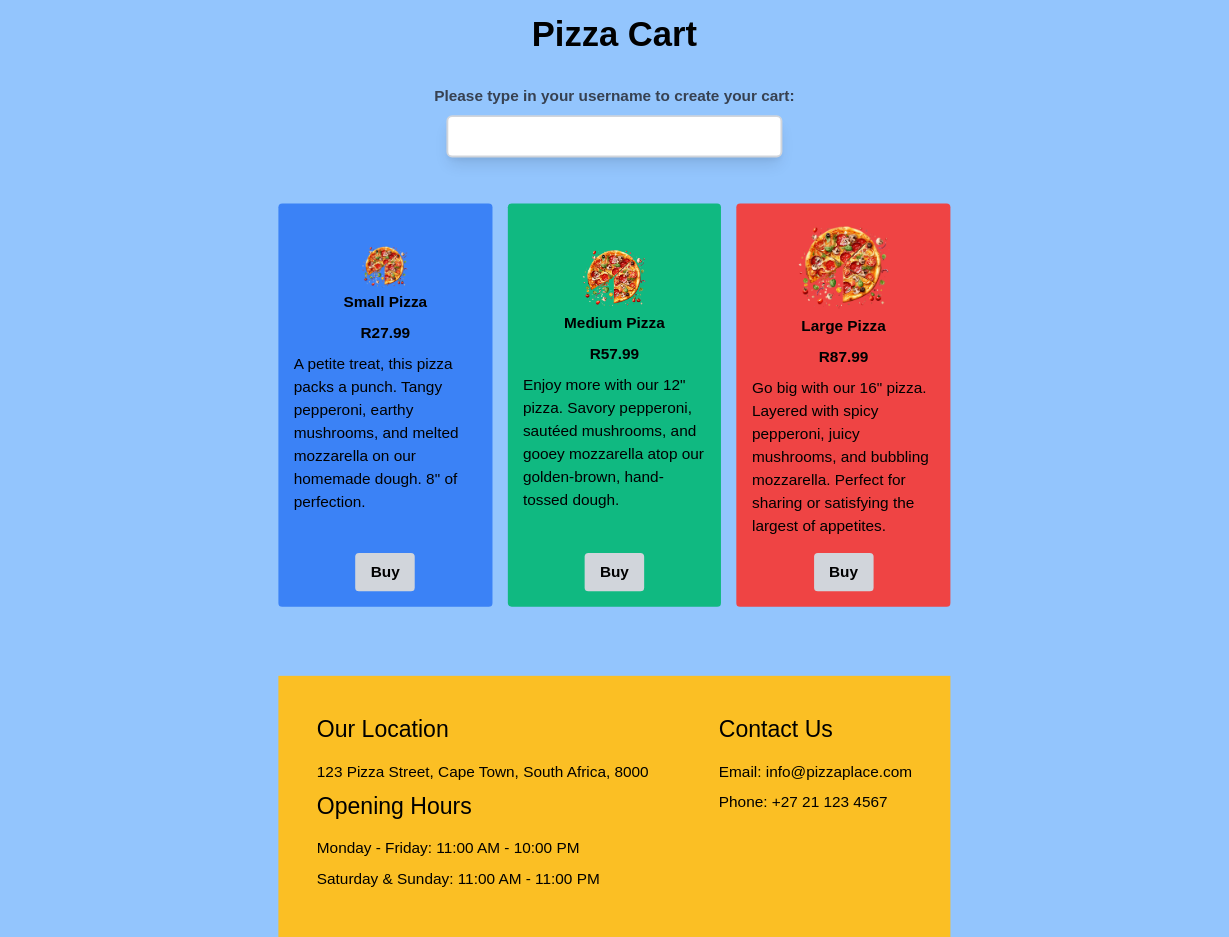
Repository: lasity34/pizza-cart-with-api
Page: index.html
These files come from the project's save history. The page is drawn as it stood at one moment and after the next save; the edit follows.
The browser window is 1280 px wide. The pictures show the whole page, at 96% of full size.
The page's requests for data from a server got no answer. Some web fonts or font styles are not loaded; a fallback is used. Some web libraries are served in a nearby version.

Above is the page before, as saved 2023-07-16 18:17:35.
Console error (its wording comes from the project's code and is left out).

After the next save:
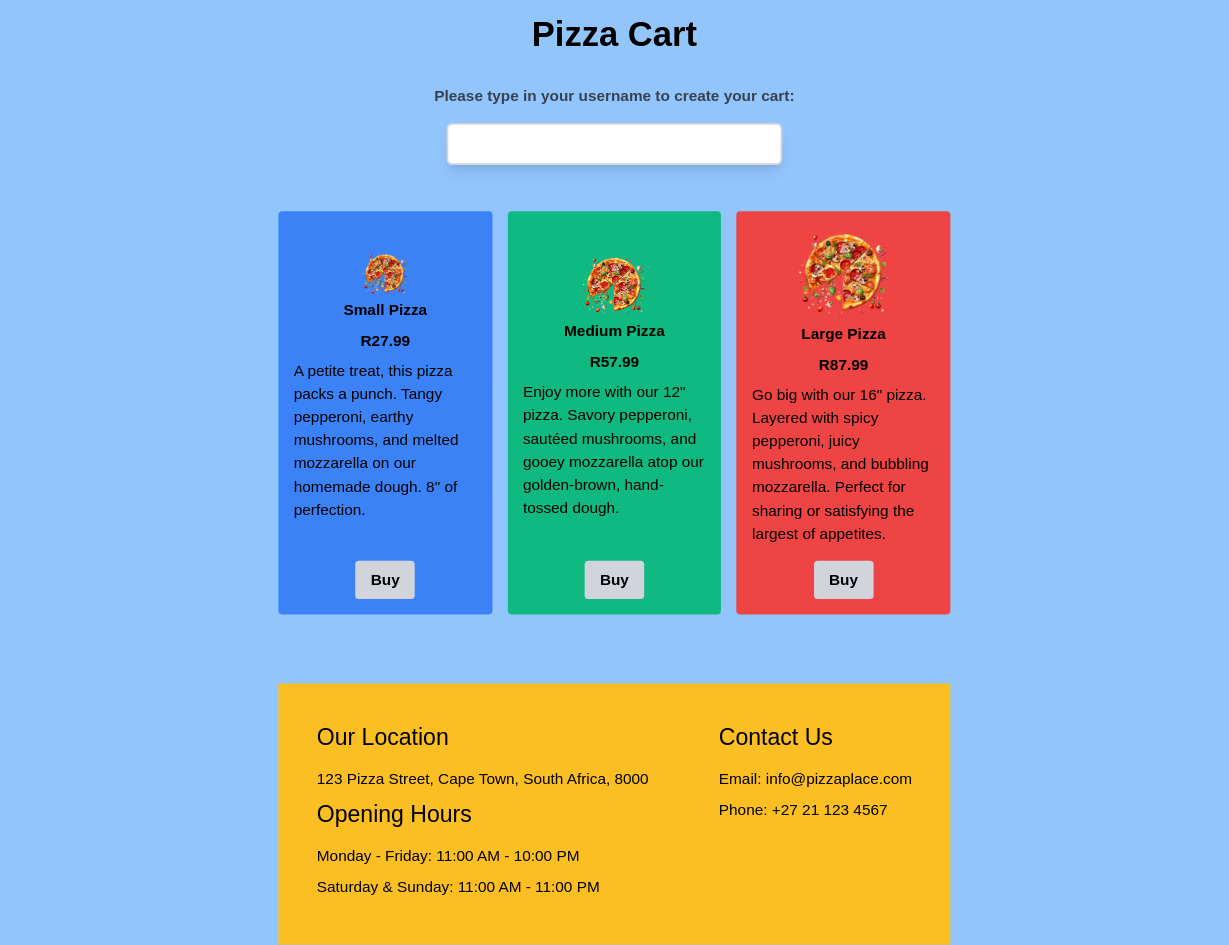
Saved 14 s later.
--- a/index.html
+++ b/index.html
@@ -29,7 +29,7 @@
       <h1 class="text-4xl pt-4 font-bold">Pizza Cart</h1>
     </section>
     <section class="flex flex-col items-center mt-8 pb-4">
-      <h3 class="text-md font-semibold text-center text-gray-700">Please type in your username to create your cart:</h3>
+      <h3 class="text-md font-semibold mb-2 text-center text-gray-700">Please type in your username to create your cart:</h3>
       <input type="text" x-modal="username" class="w-1/2 mt-2 p-2 rounded-md border-2 border-gray-300 shadow-lg focus:outline-none focus:ring-2 focus:ring-blue-600" />
     </section>
 
